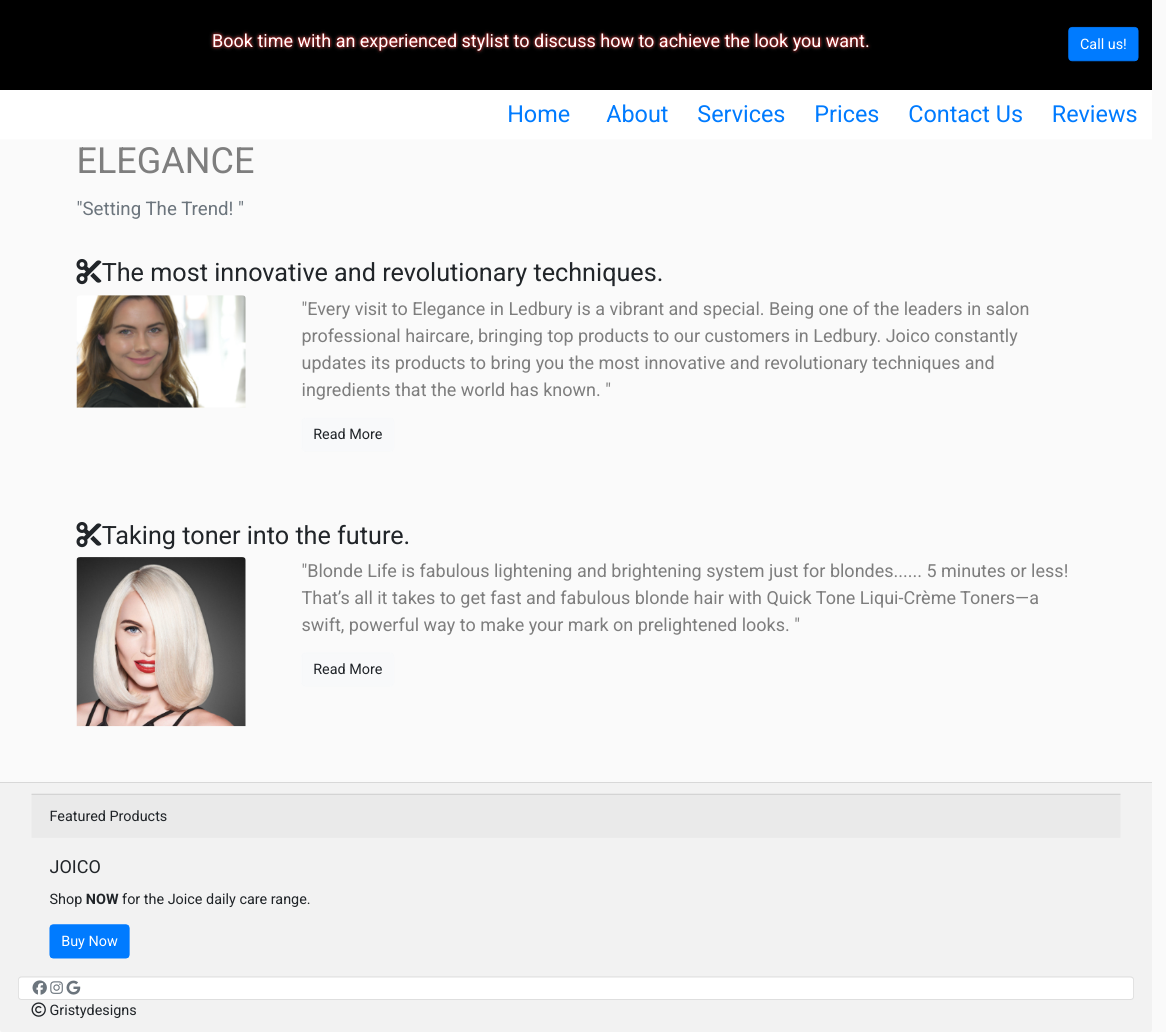
Repository: Gristydesigns/elegance-salon
Page: index.html
The author's editor kept a record of every edit. The page is drawn from the files as they stood at one moment, then again after the next edit.
The browser window is 1280 px wide. The page is 1295 px wide, so the pictures cover 1295 px, including what lies to the right of the window. The pictures show the whole page, at 90% of full size.
Some web libraries are served in a nearby version.

Above is the page before.
Console error: TypeError: Cannot read properties of undefined (reading 'fn')

After the next edit:
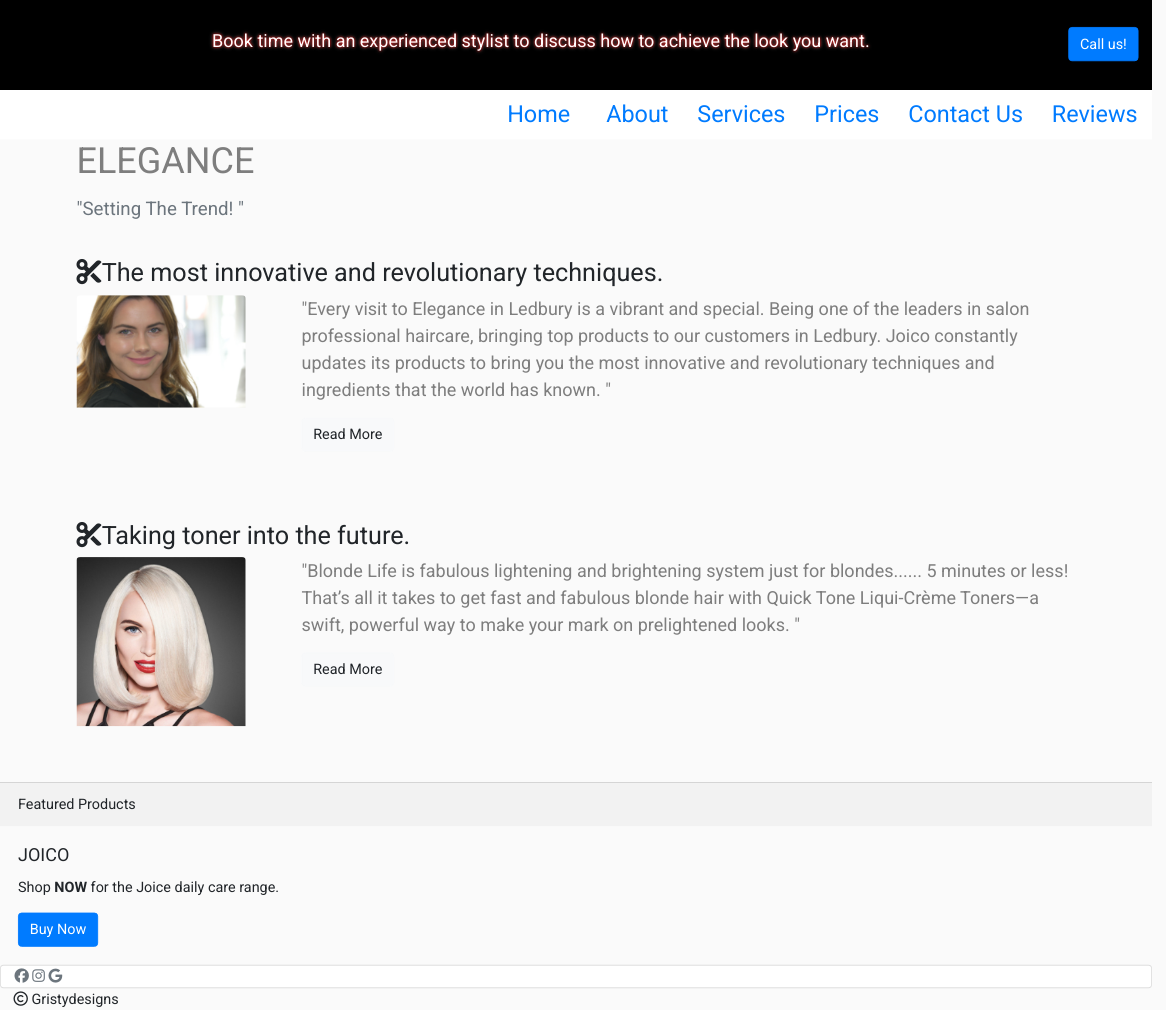
The edit:
--- a/index.html
+++ b/index.html
@@ -114,10 +114,8 @@
   <!--End------------------------->
    <!--footer---------------------->
   <footer>
-   <section class="card-footer ">
-     <div class "row ">
-          <div class="col-12 ">
-    <div class="container-fluid card-footer ">
+   <section class="footer ">
+     <div class="container-fluid card-footer ">
       Featured Products
      </div>
         <div class="card-body ">
